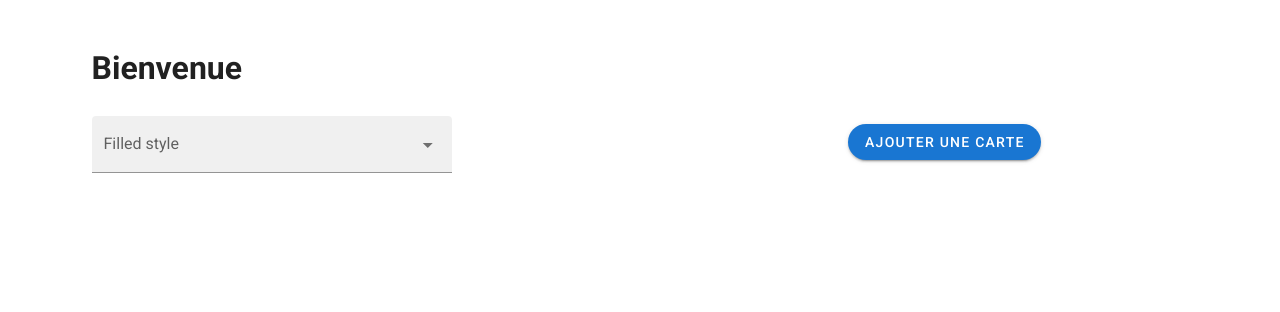
Repository: SidneyHodieb/myc
Page: /
An editor plug-in stored every save of this project. The page is shown before and after the next save, followed by the edit.
The browser window is 1280 px wide. The pictures show the whole page.
The project was rebuilt for these pictures with package versions that can differ from the ones it lists, and the page was loaded fresh each time. Also part of the build but not shown: vue.config.js.

Above is the page before, as saved 2021-04-01 23:15:42.

After the next save:
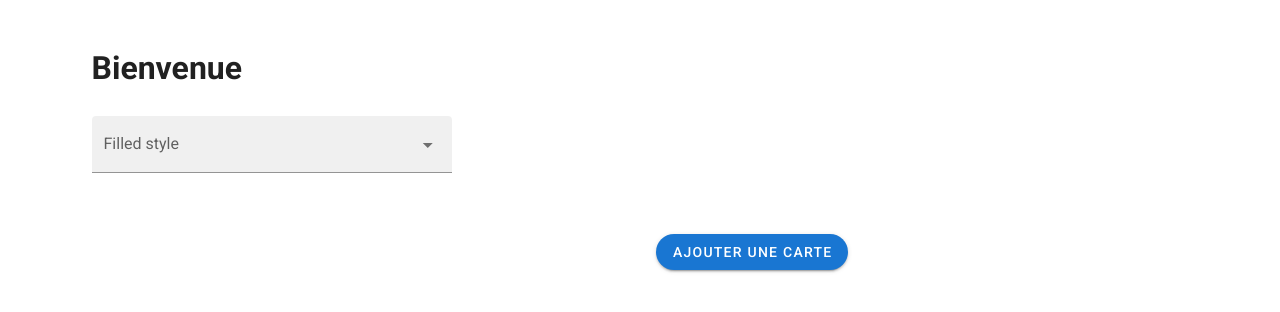
Saved 10 s later.
--- a/src/views/Home.vue
+++ b/src/views/Home.vue
@@ -7,7 +7,7 @@
       <v-col class="d-flex" sm="4">
         <v-select :items="items" filled label="Filled style"></v-select>
       </v-col>
-     <v-col offset-md="2" class="mt-2" sm="6">
+     <v-col offset-md="4" class="mt-2" sm="6">
       <div class="text-center">
         <v-btn rounded color="primary" dark offset-md="8">
           Ajouter une carte
